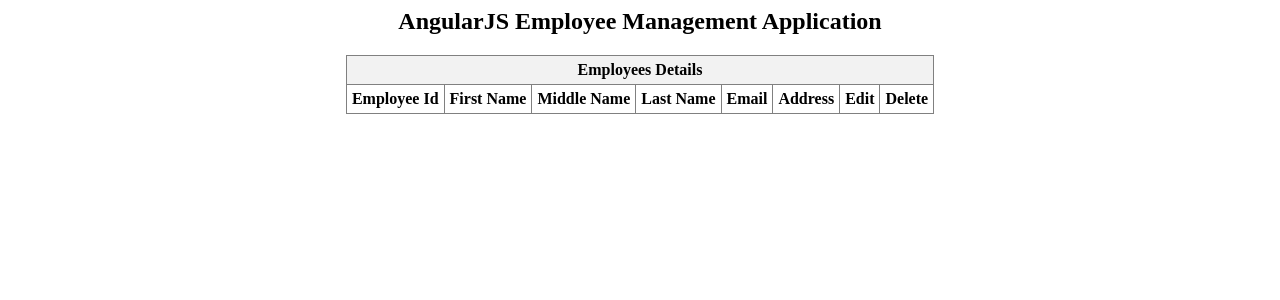
Repository: srjainapur/CRUD_Operation_With_Angular_Springboot
Page: angular-spring-demo/src/main/resources/static/get_employee.html
The author's editor kept a copy of each file at every save. The page is drawn from the files as they stood at one save, then again after the next save.
The browser window is 1280 px wide. The pictures show the whole page.
The page's requests for data from a server got no answer. Some web libraries are served in a nearby version.

Above is the page before, as saved 2020-06-25 11:23:36.

After the next save:
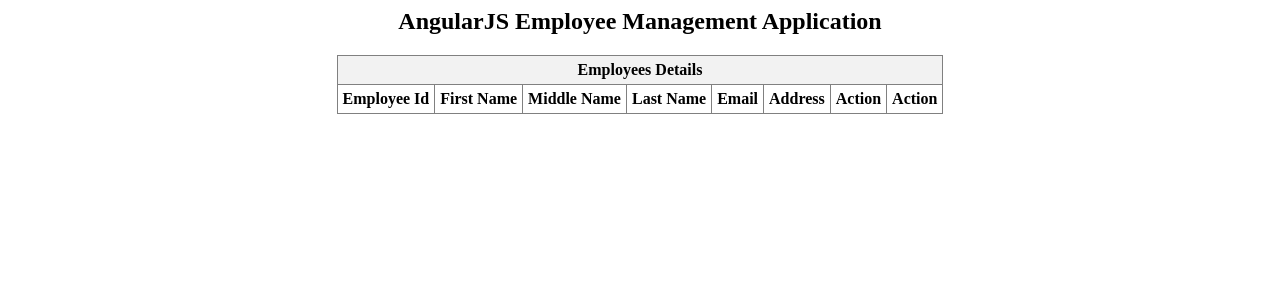
Saved 51 s later.
--- a/angular-spring-demo/src/main/resources/static/get_employee.html
+++ b/angular-spring-demo/src/main/resources/static/get_employee.html
@@ -34,8 +34,8 @@
 	  				<th>Last Name</th>
 	  				<th>Email</th>
 	  				<th>Address</th>
-	  				<th>Edit</th>
-	  				<th>Delete</th>
+	  				<th>Action</th>
+	  				<th>Action</th>
 	  			</tr>
 	  			<tr ng-repeat="employee in employees">
 	  				<td>{{employee.empId}}</td>
